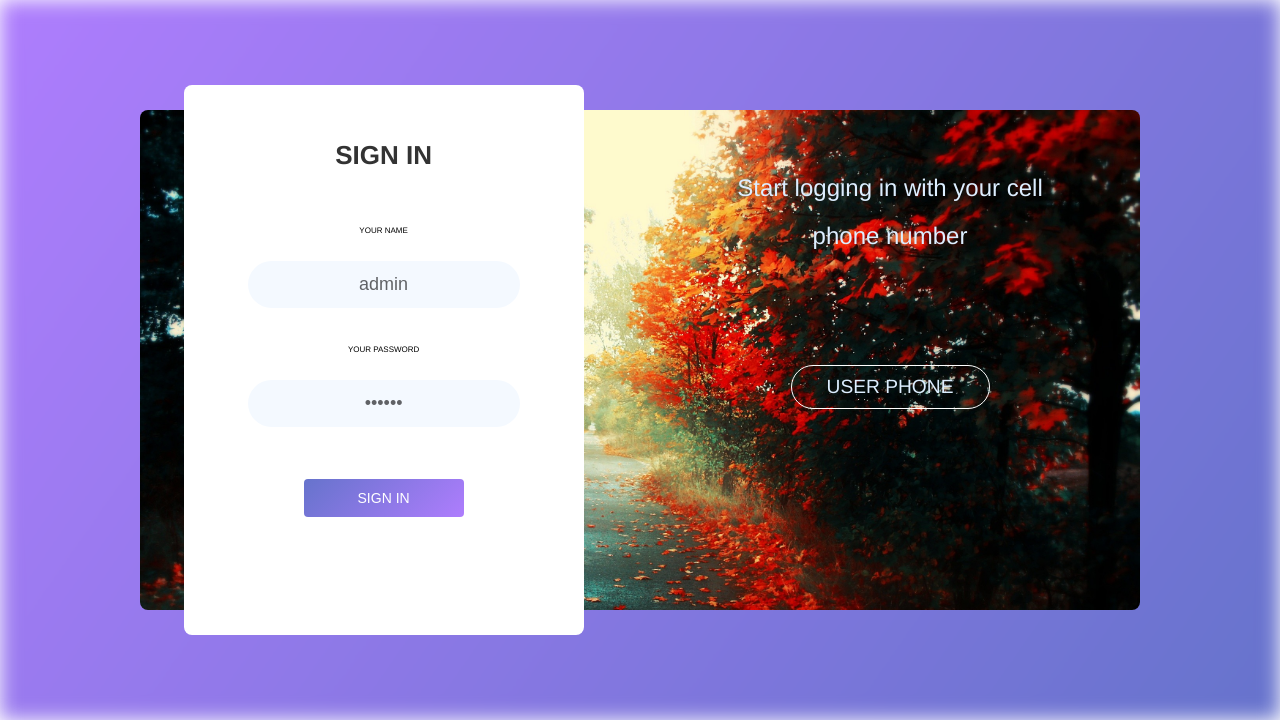
Repository: chunkpig/vue-admin
Page: /
The author's editor kept a copy of each file at every save. The page is drawn from the files as they stood at one save, then again after the next save.
The browser window is 1280 px wide. The pictures show the whole page.
The project was rebuilt for these pictures with package versions that can differ from the ones it lists, and the page was loaded fresh each time. Also part of the build but not shown: vue.config.js.

Above is the page before, as saved 2020-12-07 10:42:25.

### public/index.html
<!DOCTYPE html>
<html lang="en">
  <head>
    <meta charset="utf-8">
    <meta http-equiv="X-UA-Compatible" content="IE=edge">
    <meta name="renderer" content="webkit">
    <meta name="viewport" content="width=device-width, initial-scale=1, maximum-scale=1, user-scalable=no">
    <link rel="icon" href="<%= BASE_URL %>favicon.ico">
    <title><%= webpackConfig.name %></title>
  </head>
  <body>
    <div id="app"></div>
  </body>
</html>

### src/main.js
import Vue from "vue";
import App from "./App.vue";
import router from "./router";
import store from "./store";

import Element from 'element-ui'
import 'element-ui/lib/theme-chalk/index.css';
import '@/styles/index.scss'
import './icons'
Vue.config.productionTip = false;
Vue.use(Element)
// Vue.use(Element, {
//   size: Cookies.get('size') || 'medium', // set element-ui default size
//   locale: enLang // 如果使用中文，无需设置，请删除
// })
new Vue({
  router,
  store,
  render: h => h(App)
}).$mount("#app");

### src/router/index.js
import Vue from "vue";
import VueRouter from "vue-router";
import Login from '../views/login/index.vue'
Vue.use(VueRouter);

const routes = [
  {
    path: "/",
    name: "Login",
    component: Login
  },
];

const router = new VueRouter({
  routes
});

export default router;

### src/styles/index.scss
body {
    height: 100%;
    margin: 0;
    -moz-osx-font-smoothing: grayscale;
    -webkit-font-smoothing: antialiased;
    text-rendering: optimizeLegibility;
    font-family: Helvetica Neue, Helvetica, PingFang SC, Hiragino Sans GB, Microsoft YaHei, Arial, sans-serif;
}

html {
    height: 100%;
    box-sizing: border-box;
}

#app {
    height: 100%;
}

### src/icons/index.js
import Vue from 'vue'
import SvgIcon from '@/components/SvgIcon'// svg component

// register globally
Vue.component('svg-icon', SvgIcon)

const req = require.context('./svg', false, /\.svg$/)
const requireAll = requireContext => requireContext.keys().map(requireContext)
requireAll(req)

### src/views/login/index.vue
<!--  -->
<template>
<div id='Login'>
    <div class="login-bg"></div>
    <div class="login-conbg" :class="animconbgShow?'leftanimconbg':'rightanimconbg'">
        <sing-up v-show="!animconbgShow" class='sign-conbg' :class="animconbgShow?'animsign':''" />
        <user-phont v-show="animconbgShow" class='sign-conbg' :class="animconbgShow?'':'animsign'" />
    </div>
    <div class="login-container">
        <!-- <transition name="animcontainer"> -->
        <div class="container" :class="animconbgShow?'':'animcontainer'">
                <p class="p-container">Log in with your account password</p>
                <div class="button-container" @click="animconbgShow =!animconbgShow">
                    SIGN IN
                </div>

        </div>
         <!-- </transition> -->
         <!-- <transition name="animcontainer"> -->
        <div class="container" :class="animconbgShow?'animcontainer':''" >
                <p class="p-container">Start logging in with your cell phone number</p>
                <div class="button-container" @click="animconbgShow =!animconbgShow">
                    USER PHONE
                </div>

        </div>
        <!-- </transition> -->
    </div>

</div>
</template>

<script>
//这里可以导入其他文件（比如：组件，工具js，第三方插件js，json文件，图片文件等等）
//例如：import 《组件名称》 from '《组件路径》';
import SingUp from './components/singup'
import UserPhont from './components/UserPhont'
export default {
//name放入模板名,方便在其他地方引用
name: '',
//import引入的组件需要注入到对象中才能使用
components: {SingUp,UserPhont},
data() {
//这里存放数据
return {
    animconbgShow:false
};
},
//监听属性 类似于data概念
computed: {

},
//生命周期 - 创建完成（可以访问当前this实例）
created() {

},
//生命周期 - 挂载完成（可以访问DOM元素）
mounted() {

},
//方法集合
methods: {

},
//监控data中的数据变化
watch: {

},
//如果页面有keep-alive缓存功能，这个函数会触发
activated() {

},
}
</script>
<style lang="scss" scoped>
$bg:rgba(0,0,0,0.5);
$conbg:rgba(255,255,255,1);
$clortext:#def;
$cursor: #333;
#Login{
    position: relative;
    width: 100%;
    height: 100%;
    overflow: hidden;
    .login-bg{
        width: 100%;
        height: 100%;
        background: linear-gradient(125deg, #AE7DFD, #6673cc);
        filter: blur(10px);
        z-index: -1;
    }
    .login-conbg{
        position: absolute;
        top: 50%;
        left: 37%;
        width: 400px;
        height: 550px;
        // max-width: 25%;
        // max-height: 70%;
        display: flex;
        align-items: center;
        justify-content: center;
        transform: translate(-50%,-50%);
        background: $conbg;
        backdrop-filter: blur(10px);
        border-radius: 8px;
        z-index: 1;
        transition:transform 1s ease-out;
        overflow: hidden;
        .sign-conbg{
            transition: opacity 1s ease-in-out;
        }
        .animsign{
            opacity: 0;
        }

    }
    .login-container{
        position: absolute;
        top: 50%;
        left: 50%;
        transform: translate(-50%,-50%);
        width: 1000px;
        height: 500px;
        // max-width: 55%;
        // max-height: 55%;
        display: flex;
        justify-content: space-around;
        // align-items: center;
        // background: $bg;
        background: url('../../assets/Login/login.png') no-repeat;
        background-size: cover;

        border-radius: 8px;
        z-index: 0;
        .container{
            width:350px;
            max-width: 45%;
            padding: 30px;
            color: $clortext;
            overflow: hidden;
            // opacity: 1;
            transition: opacity 1s ease-out;
            .p-container{
                font-size: 1.5rem;
                text-align: center;
                line-height: 3rem;
                // padding: 0 10px;
            }
            .button-container{
                width: 42%;
                margin: 30% auto 0;
                padding: 10px 25px;
                text-align: center;
                border-radius: 30px;
                font-size: 1.2rem;
                border: 1px solid #fff;
                // border-image: linear-gradient(#00CFFF, #FF34FA) 20 20;
                cursor: pointer;
            }
        }
        .animcontainer{
            opacity: 0;
        }
    }
    .leftanimconbg{
         transform: translate(250px,-50%);
    }
    .rightanimconbg{
         transform: translate(-290px,-50%);
    }
   .animcontainer-enter-active, .animcontainer-leave-active {
        // opacity: 1;
        // transition: opacity 1s;
         transition:opacity 3s ease-out;
    }
    .animcontainer-enter, .animcontainer-leave-to /* .fade-leave-active below version 2.1.8 */ {

        // transition: all 1s;
         opacity: 0;
    }
}
</style>

### src/components/SvgIcon/index.vue
<template>
  <svg :class="svgClass" aria-hidden="true" v-on="$listeners">
    <use :xlink:href="iconName" />
  </svg>
</template>

<script>
export default {
  name: 'SvgIcon',
  props: {
    iconClass: {
      type: String,
      required: true
    },
    className: {
      type: String,
      default: ''
    }
  },
  computed: {
    iconName() {
      return `#icon-${this.iconClass}`
    },
    svgClass() {
      if (this.className) {
        return 'svg-icon ' + this.className
      } else {
        return 'svg-icon'
      }
    }
  }
}
</script>

<style scoped>
.svg-icon {
  width: 1em;
  height: 1em;
  vertical-align: -0.15em;
  fill: currentColor;
  overflow: hidden;
}

.svg-external-icon {
  background-color: currentColor;
  mask-size: cover!important;
  display: inline-block;
}
</style>

### src/views/login/components/singup.vue
<template>
        <el-form ref="loginForm" :model="loginForm" :rules="loginRules" class="login-account" autocomplete="on" label-position="left">
            <div class="title-account">
                <h3 class="title">SIGN IN</h3>
            </div>
            <el-form-item prop="username" class="form-elitem">
                <span class="form-span">YOUR NAME</span>
                <el-input
                    ref="username"
                    v-model="loginForm.username"
                    placeholder="Username"
                    name="username"
                    type="text"
                    tabindex="1"
                    size='mini'
                    autocomplete="on"
                />
            </el-form-item>
            <el-form-item prop="password" class="form-elitem">
                 <span class="form-span">YOUR PASSWORD</span>
                <el-input
                    :key="passwordType"
                    ref="password"
                    v-model="loginForm.password"
                    :type="passwordType"
                    placeholder="Password"
                    name="password"
                    tabindex="2"
                    autocomplete="on"
                    @keyup.enter.native="handleLogin"
                />
                <span class="show-pwd" @click="showPwd">
                    <svg-icon :icon-class="passwordType === 'password' ? 'eye' : 'eye-open'" />
                </span>
            </el-form-item>
            <el-button :loading="loading" type="primary" class="form-buttom"  @click.native.prevent="handleLogin">SIGN IN</el-button>
        </el-form>
</template>
<script>
export default {
    data(){
        return {
            loginForm:{
                username: "admin",
                password: '111111'
            },
            loginRules: {
                // username: [ { required: true, trigger: 'blur', validator: validateUsername }],
                // password: [{ required: true, trigger: 'blur', validator: validatePassword }]
            },
            passwordType: 'password',
            loading: false,
        }
    },
    methods:{
        showPwd(){
            if (this.passwordType === 'password') {
                this.passwordType = ''
            } else {
                this.passwordType = 'password'
            }
            this.$nextTick(() => {
                this.$refs.password.focus()
            })
        },
        handleLogin(){

        }
    }

}
</script>
<style lang="scss" scoped>
$light_gray:#333;
$dark_gray:#889aa4;
.login-account{
        width: 80%;
        max-width: 100%;
        height: 80%;
        display: flex;
        flex-direction: column;
        align-items: center;
        box-sizing: border-box;
        overflow: hidden;
        .title-account {
            position: relative;
            .title {
                font-size: 26px;
                color: $light_gray;
                margin: 0px auto 40px auto;
                text-align: center;
                font-weight: bold;
            }
        }
        .show-pwd {
            position: absolute;
            right: 10px;
            top: 55px;
            font-size: 16px;
            color: $dark_gray;
            cursor: pointer;
            user-select: none;
        }
        .form-span{
            display: inherit;
            font-size: 0.5rem;
            text-align: center;
            margin: 0 auto 10px;
        }
        .form-buttom{
            width:50%;
            margin:30px auto;
            border: unset;
            background: linear-gradient(-45deg, #AE7DFD, #6673cc);
            &:hover{
                background: linear-gradient(45deg,#6673cc,#AE7DFD);
            }
        }

}
</style>
<style lang="scss">
.login-account{
    .form-elitem{
        width: 85%;
        .el-input__inner{
            background: #F4F9FF;
            width: 100%;
            height: 47px;
            font-size: 18px;
            border-radius: 30px;
            padding: 12px 0px;
            text-align: center;
                // background: transparent;
                border: unset;
        }
        .el-input.is-active .el-input__inner, .el-input__inner:focus{
            background: #fff;
            box-shadow: 0 0 4px #345;
        }

    }
}
</style>

### src/views/login/components/UserPhont.vue
<template>
        <el-form ref="loginForm" :model="loginForm" :rules="loginRules" class="login-userphont" autocomplete="on" label-position="left">
            <div class="title-account">
                <h3 class="title">USER PHONE</h3>
            </div>
            <el-form-item prop="username" class="form-elitem">
                <span class="form-span">YOUR PHONE</span>
                <el-input
                    ref="username"
                    v-model="loginForm.userphone"
                    placeholder="UserPhone"
                    name="phone"
                    type="text"
                    tabindex="1"
                    size='mini'
                    autocomplete="on"
                />
            </el-form-item>
            <el-form-item prop="password" class="form-elitem getcode">
                 <span class="form-span">GET CODE</span>
                 <el-input
                    ref="username"
                    v-model="loginForm.usercode"
                    placeholder="usercode"
                    name="phone"
                    type="text"
                    tabindex="1"
                    size='mini'
                    @change="infocode"
                    autocomplete="on"
                />
                <span class="show-code" :style="codeloding?'background: #F4F9FF':''" @click="showPwd">
                    获取验证码
                </span>
            </el-form-item>
            <el-button :loading="loading" type="primary" class="form-buttom"   @click.native.prevent="handleLogin">LOG IN</el-button>
        </el-form>
</template>
<script>
export default {
    data(){
        return {
            loginForm:{
                userphone: "",
                usercode: ''
            },
            loginRules: {
                // username: [ { required: true, trigger: 'blur', validator: validateUsername }],
                // password: [{ required: true, trigger: 'blur', validator: validatePassword }]
            },
            passwordType: 'password',
            loading: false,
            codeloding:false
        }
    },
    methods:{
        showPwd(){
            // this.$nextTick(() => {
                // console.log(this.codeloding)
                // this.codeloding = !this.codeloding
            // })
        },
        infocode(){
            this.codeloding = !this.codeloding
        },
        handleLogin(){

        }
    }

}
</script>
<style lang="scss" scoped>
$light_gray:#333;
$dark_gray:#889aa4;
.login-userphont{
        width: 80%;
        max-width: 100%;
        height: 80%;
        display: flex;
        flex-direction: column;
        align-items: center;
        box-sizing: border-box;
        overflow: hidden;
        .title-account {
            position: relative;
            .title {
                font-size: 26px;
                color: $light_gray;
                margin: 0px auto 40px auto;
                text-align: center;
                font-weight: bold;
            }
        }
        .show-code{
            position: absolute;
            right: 0px;
            top: 50px;
            height: 27px;
            font-size: 16px;
            color: $dark_gray;
            cursor: pointer;
            user-select: none;
            background: #fff;
            box-shadow: 0 0 4px #345;
            line-height: 27px;
            padding: 10px;
        }
        .form-span{
            display: inherit;
            font-size: 0.5rem;
            text-align: center;
            margin: 0 auto 10px;
        }
        .form-buttom{
            width:50%;
            margin:30px auto;
            border: unset;
            background: linear-gradient(-45deg, #AE7DFD, #6673cc);
            &:hover{
                background: linear-gradient(45deg,#6673cc,#AE7DFD);
            }
        }

}
</style>
<style lang="scss">
.login-userphont{
    .form-elitem{
        width: 85%;
        .el-input__inner{
            background: #F4F9FF;
            width: 100%;
            height: 47px;
            font-size: 18px;
            // border-radius: 30px;
            padding: 12px 0px;
            text-align: center;
                // background: transparent;
                border: unset;
        }
        .el-input.is-active .el-input__inner, .el-input__inner:focus{
            background: #fff;
            box-shadow: 0 0 4px #345;
        }

    }
    .getcode{
        .el-input__inner{
            padding-right: 37% !important;
        }
    }
}

</style>

Loaded but not shown: src/App.vue (common file); src/store/index.js (common file)

After the next save:
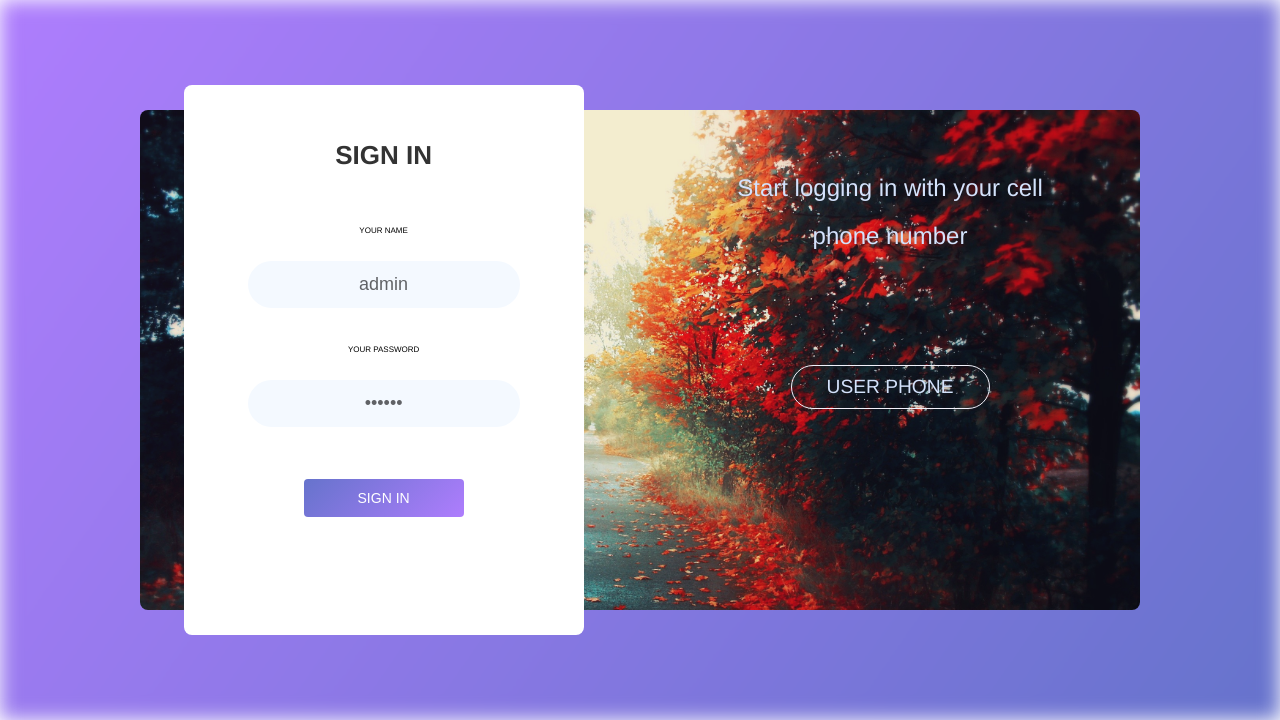
Saved 2 min 48 s later.
--- a/src/views/login/index.vue
+++ b/src/views/login/index.vue
@@ -130,7 +130,7 @@ $cursor: #333;
         // background: $bg;
         background: url('../../assets/Login/login.png') no-repeat;
         background-size: cover;
-
+        opacity: 0.9;
         border-radius: 8px;
         z-index: 0;
         .container{
